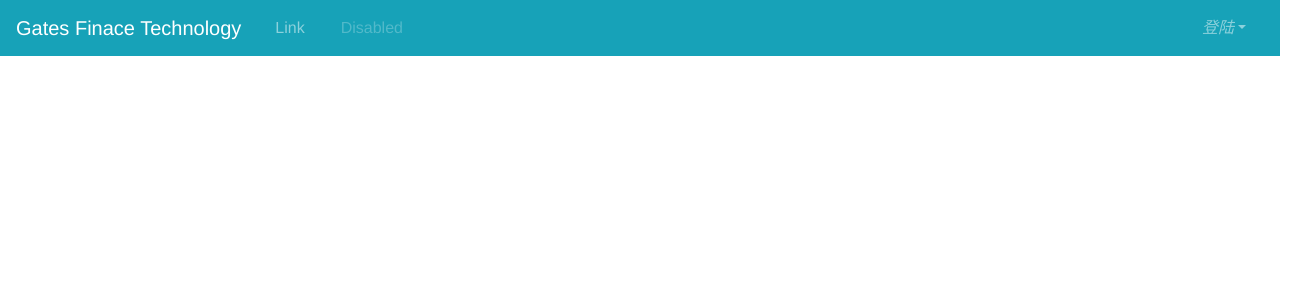
Repository: sqsssq/GatesFinace
Page: /login (app in webview/)
These files come from the project's save history. The page is drawn as it stood at one moment and after the next save; the edit follows.
The browser window is 1280 px wide. The page is 1280 px wide, then 1295 px, so the pictures cover 1295 px, including what lies to the right of the window. The pictures show the whole page.
The project was rebuilt for these pictures with package versions that can differ from the ones it lists, and the page was loaded fresh each time. Also part of the build but not shown: webview/src/components/HelloWorld.vue, webview/src/views/Home.vue, webview/src/components/gatesCarousel.vue, webview/src/views/main.vue.

Above is the page before, as saved 2020-11-03 16:08:36.

### webview/public/index.html
<!DOCTYPE html>
<html lang="en">
  <head>
    <meta charset="utf-8">
    <meta http-equiv="X-UA-Compatible" content="IE=edge">
    <meta name="viewport" content="width=device-width,initial-scale=1.0">
    <link rel="icon" href="<%= BASE_URL %>favicon.ico">
    <title><%= htmlWebpackPlugin.options.title %></title>
    <style>
      html, body{ margin:0; height:100%; }
    </style>
  </head>
  <body>
    <noscript>
      <strong>We're sorry but <%= htmlWebpackPlugin.options.title %> doesn't work properly without JavaScript enabled. Please enable it to continue.</strong>
    </noscript>
    <div id="app"></div>
    <!-- built files will be auto injected -->
  </body>
</html>

### webview/src/main.js
import Vue from 'vue'
import App from './App.vue'
import router from './router'
import store from './store'
import ElementUI from 'element-ui'
import 'element-ui/lib/theme-chalk/index.css'
import 'element-ui/lib/theme-chalk/base.css'
import { BootstrapVue, IconsPlugin } from 'bootstrap-vue'
import 'bootstrap/dist/css/bootstrap.css'
import 'bootstrap-vue/dist/bootstrap-vue.css'

Vue.config.productionTip = false
Vue.use(ElementUI);
Vue.use(BootstrapVue);
Vue.use(IconsPlugin);

new Vue({
  router,
  store,
  render: h => h(App)
}).$mount('#app')

### webview/src/App.vue
<template>
  <div id="app">
    <!-- <div id="nav">
      <router-link to="/">Home</router-link> |
      <router-link to="/about">About</router-link>
    </div> -->
    <router-view/>
  </div>
</template>

<style lang="stylus">
#app
  font-family Avenir, Helvetica, Arial, sans-serif
  -webkit-font-smoothing antialiased
  -moz-osx-font-smoothing grayscale
  text-align center
  color #2c3e50
  margin-top 0px
  height 100%
</style>

### webview/src/router/index.js
import Vue from 'vue'
import VueRouter from 'vue-router'
import Home from '../views/Home.vue'
import Main from '../views/main.vue'
import Login from '../views/login.vue'

Vue.use(VueRouter)

const routes = [
  {
    path: '/',
    name: 'Home',
    component: Home
  },
  {
    path: '/about',
    name: 'About',
    // route level code-splitting
    // this generates a separate chunk (about.[hash].js) for this route
    // which is lazy-loaded when the route is visited.
    component: () => import(/* webpackChunkName: "about" */ '../views/About.vue')
  },
  {
    path: '/main',
    name: 'Main',
    component: Main
  },
  {
    path: '/login',
    name: 'Login',
    component: Login
  }
]

const router = new VueRouter({
  mode: 'history',
  base: process.env.BASE_URL,
  routes
})

export default router

### webview/src/views/login.vue
<!--
 * @Author: your name
 * @Date: 2020-11-01 17:40:45
 * @LastEditTime: 2020-11-03 08:31:04
 * @LastEditors: Please set LastEditors
 * @Description: In User Settings Edit
 * @FilePath: \webview\src\views\main.vue
-->
<template>
  <div class="container-fiuled" style="height: 100%;">
    <!-- <img alt="Vue logo" src="../assets/logo.png"> -->
    <!-- <HelloWorld msg="Welcome to Your Vue.js App" style="height:100%"/> -->
    <gatesNavbar />
    <div class="row" style="margin-top: 5px;">

    </div>
  </div>
</template>

<script>
// @ is an alias to /src
import HelloWorld from '@/components/HelloWorld.vue'
import gatesNavbar from '@/components/gatesNavbar.vue'

export default {
  name: 'Home',
  components: {
    gatesNavbar
  }
}
</script>

### webview/src/components/gatesNavbar.vue
<!--
 * @Author: your name
 * @Date: 2020-10-31 09:19:12
 * @LastEditTime: 2020-11-03 08:32:14
 * @LastEditors: Please set LastEditors
 * @Description: In User Settings Edit
 * @FilePath: \webview\src\components\HelloWorld.vue
-->
<template>
  <div>
    <b-navbar
      toggleable="lg"
      type="dark"
      variant="info"
    >
      <b-navbar-brand href="/main">Gates Finace Technology</b-navbar-brand>

      <b-navbar-toggle target="nav-collapse"></b-navbar-toggle>

      <b-collapse
        id="nav-collapse"
        is-nav
      >
        <b-navbar-nav>
          <b-nav-item href="#">Link</b-nav-item>
          <b-nav-item
            href="#"
            disabled
          >Disabled</b-nav-item>
        </b-navbar-nav>

        <!-- Right aligned nav items -->
        <b-navbar-nav class="ml-auto">
          <!-- <b-nav-form style="padding-top: 2px">
            <b-form-input
              size="sm"
              class="mr-sm-2"
              placeholder="Search"
            ></b-form-input>
            <b-button
              size="sm"
              class="my-2 my-sm-0"
              type="submit"
            >Search</b-button>
          </b-nav-form> -->

          <!-- <b-nav-item-dropdown text="Lang" right>
          <b-dropdown-item href="#">EN</b-dropdown-item>
          <b-dropdown-item href="#">ES</b-dropdown-item>
          <b-dropdown-item href="#">RU</b-dropdown-item>
          <b-dropdown-item href="#">FA</b-dropdown-item>
        </b-nav-item-dropdown> -->

          <b-nav-item-dropdown right>
            <!-- Using 'button-content' slot -->
            <template #button-content>
              <em>{{username == '' ? '登陆' : username}}</em>
            </template>
            <b-dropdown-item href="/login">登陆</b-dropdown-item>
            <b-dropdown-item href="#">注册</b-dropdown-item>
            <b-dropdown-item href="#">登出</b-dropdown-item>
          </b-nav-item-dropdown>
        </b-navbar-nav>
      </b-collapse>
    </b-navbar>
  </div>
</template>

<script>
import axios from 'axios';
export default {
  name: 'gatesNavbar',
  // props: {
  //   msg: String
  // }
  data () {
    return {
      username: ''
    }
  },
  methods: {
  },
  created () {
    // console.log(2);
    // this.getmsg();
  },
  mounted () {

    // this.createLogo();
  }
}
</script>

<!-- Add "scoped" attribute to limit CSS to this component only -->
<style scoped lang="stylus">
h3 {
  letter-spacing: 3px;
  color: #fff;
  font-weight: 500;
  margin-bottom: 10px;
  margin-top: 10px;
  font-size: 15px;
}

h2 {
  margin-top: 10px;
  color: #fff;
  letter-spacing: 10px;
  // font-size: 40px
  font-size: 20px;
}

ul {
  list-style-type: none;
  padding: 0;
}

li {
  display: inline-block;
  margin: 0 10px;
}

a {
  color: #42b983;
}
</style>

### webview/src/components/gatesLogin.vue
<!--
 * @Author: your name
 * @Date: 2020-10-31 09:19:12
 * @LastEditTime: 2020-11-03 08:32:14
 * @LastEditors: Please set LastEditors
 * @Description: In User Settings Edit
 * @FilePath: \webview\src\components\HelloWorld.vue
-->
<template>
  <div>
    <b-card
        border-variant="secondary"
        header="Secondary"
        header-border-variant="secondary"
        align="center"
      >
        <b-card-text>Lorem ipsum dolor sit amet, consectetur adipiscing elit.</b-card-text>
      </b-card>
  </div>
</template>

<script>
import axios from 'axios';
export default {
  name: 'gatesLogin',
  // props: {
  //   msg: String
  // }
  data () {
    return {
      username: ''
    }
  },
  methods: {
  },
  created () {
    // console.log(2);
    // this.getmsg();
  },
  mounted () {

    // this.createLogo();
  }
}
</script>

<!-- Add "scoped" attribute to limit CSS to this component only -->
<style scoped lang="stylus">

</style>

Loaded but not shown: webview/src/store/index.js (common file)

After the next save:
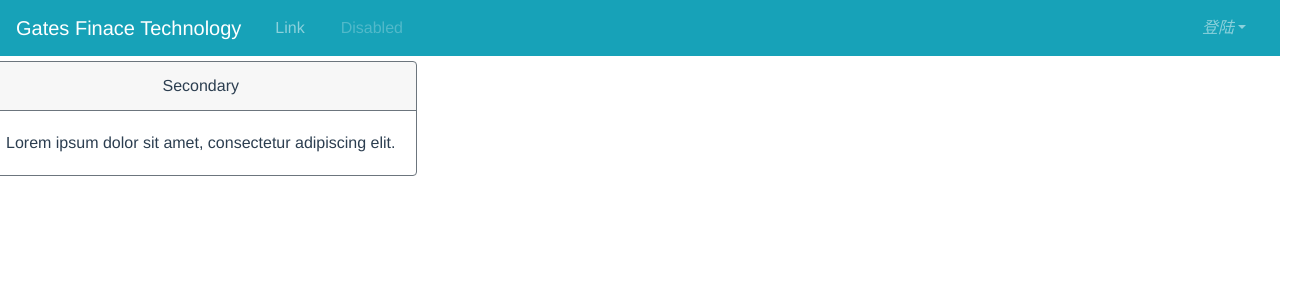
Saved 70 s later.
--- a/webview/src/views/login.vue
+++ b/webview/src/views/login.vue
@@ -12,7 +12,7 @@
     <!-- <HelloWorld msg="Welcome to Your Vue.js App" style="height:100%"/> -->
     <gatesNavbar />
     <div class="row" style="margin-top: 5px;">
-
+      <gatesLogin/>
     </div>
   </div>
 </template>
@@ -21,11 +21,13 @@
 // @ is an alias to /src
 import HelloWorld from '@/components/HelloWorld.vue'
 import gatesNavbar from '@/components/gatesNavbar.vue'
+import gatesLogin from '@/components/gatesLogin.vue'
 
 export default {
   name: 'Home',
   components: {
-    gatesNavbar
+    gatesNavbar,
+    gatesLogin
   }
 }
 </script>
